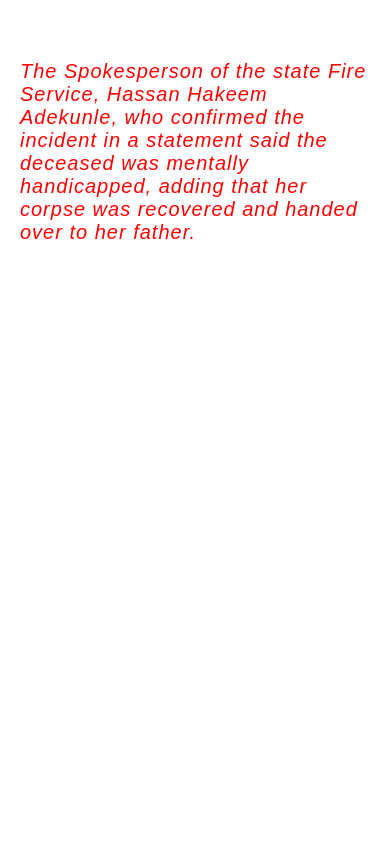
Repository: akinmiday/ReactNativeApp
Screen: /
An editor plug-in stored every save of this project. The screen is shown before and after the next save, followed by the edit.
The app was drawn by React Native's web renderer in a window 390 px wide. The project was rebuilt for these pictures with package versions that can differ from the ones it lists, and the page was loaded fresh each time.

Above is the screen before, as saved 2023-08-06 15:59:33.

### App.js
import { View, Text } from "react-native";
import styles from "./styles";
import { useState } from "react";

export default function App() {
  const { container, text } = styles;

  return (
    <View style={container}>
      <Text style={text}>
        The Spokesperson of the state Fire Service, Hassan Hakeem Adekunle, who
        confirmed the incident in a statement said the deceased was mentally
        handicapped, adding that her corpse was recovered and handed over to her
        father.
      </Text>
    </View>
  );
}

### styles.js
import { StyleSheet } from "react-native";

const styles = StyleSheet.create({
  container: {
    marginTop: 40,
    padding: 20,
    backgroundColor: "#fff",
    flex: 1,
  },
  input: {
    backgroundColor: "pink",
    marginTop: 20,
    padding: 20,
    marginTop: 20,
    marginBottom: 20,
  },
  text: {
    color: "red",
    fontSize: 20,
    fontFamily: "Arial",
    fontStyle: "italic",
    fontWeight: "normal",
    letterSpacing: 1,
    textAlign: "auto",
  },
  button: {
    backgroundColor: "yellow",
    padding: 15,
    alignItems: "center",
    width: "50%",
    alignSelf: "center",
    borderWidth: 5,
    borderColor: "green",
    marginTop: 20,
  },
  item: {
    backgroundColor: "yellow",
    padding: 20,
    marginVertical: 5,
  },
  header: {
    fontSize: 15,
  },
  title: {
    fontSize: 10,
  },
});

export default styles;

After the next save:
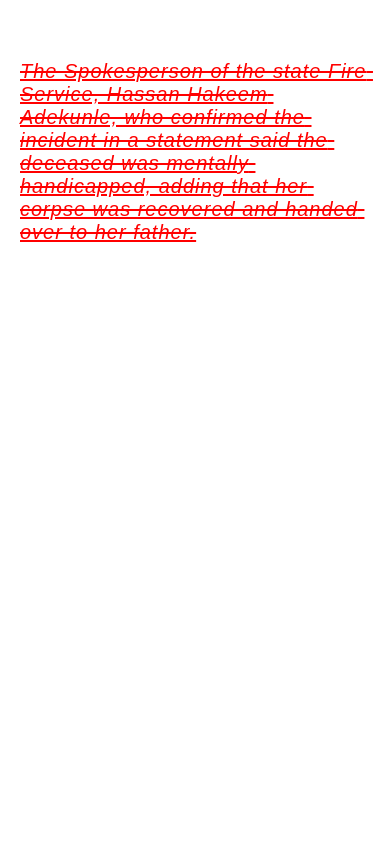
Saved 31 s later.
--- a/styles.js
+++ b/styles.js
@@ -22,6 +22,7 @@ const styles = StyleSheet.create({
     fontWeight: "normal",
     letterSpacing: 1,
     textAlign: "auto",
+    textDecorationLine: "underline line-through",
   },
   button: {
     backgroundColor: "yellow",
